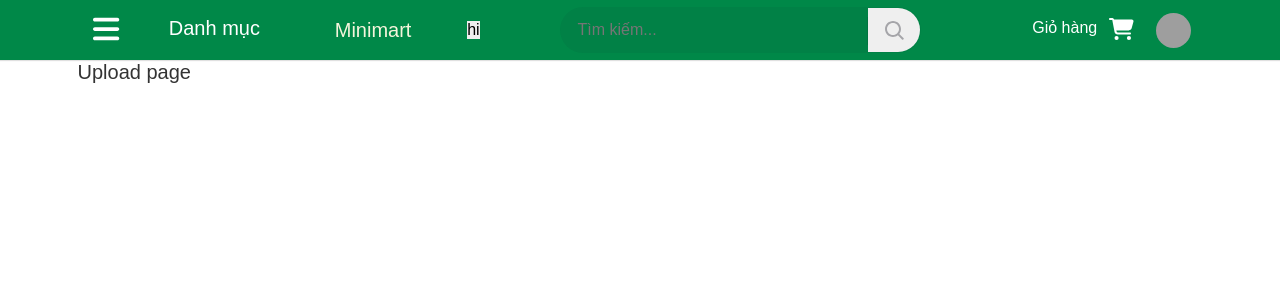
Repository: Duytan05/tiktok-ui
Page: /upload
These files come from the project's save history. The page is drawn as it stood at one moment and after the next save; the edit follows.
The browser window is 1280 px wide. The pictures show the whole page.
Pictures or frames that could not be fetched are drawn as grey boxes. Some web fonts or font styles are not loaded; a fallback is used. The project was rebuilt for these pictures with package versions that can differ from the ones it lists, and the page was loaded fresh each time. Also part of the build but not shown: src/component/Button/Button.module.scss, src/component/Popper/Popper.module.scss, src/component/Popper/Menu/Menu.module.scss, src/component/Popper/Menu/Header.js, src/component/AccountItem/AccountItem.module.scss, src/component/AccountItem/index.js, src/component/Layout/components/Cart/CartItem.js, src/component/Layout/components/Container/Container.module.scss and 16 more.

Above is the page before, as saved 2023-05-23 14:35:29.

After the next save:
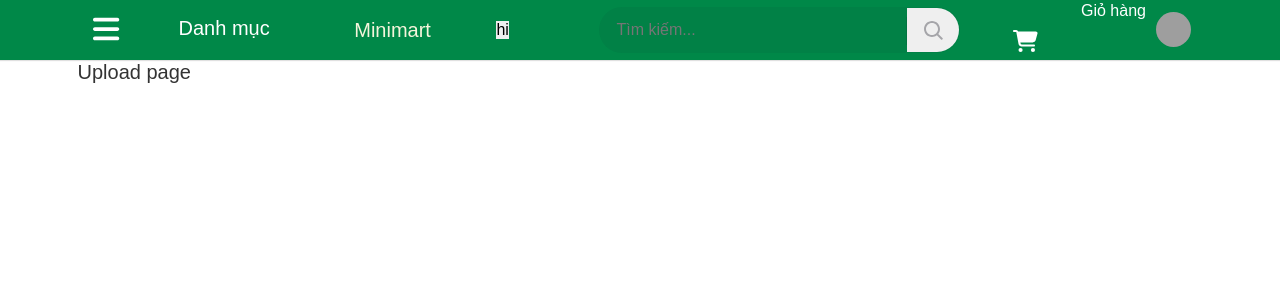
Saved 77 s later.
--- a/src/component/Layout/components/Header/index.js
+++ b/src/component/Layout/components/Header/index.js
@@ -221,13 +221,14 @@ function Header() {
                 <div className={cx('actions')}>
                     {currentUser ? (
                         <>
-                            <h2 className={cx('cart')}> Giỏ hàng</h2>
-                            <Tippy delay={[0, 200]} content="Không có sản phẩm nào ">
-                                <button className={cx('action-btn')}>
-                                    <Link to={'/cart'} />
-                                    <FontAwesomeIcon icon={faCartShopping} />
-                                </button>
-                            </Tippy>
+                            <Link to="/cart">
+                                <h2 className={cx('cart')}> Giỏ hàng</h2>
+                                <Tippy delay={[0, 200]} content="Không có sản phẩm nào ">
+                                    <button className={cx('action-btn')}>
+                                        <FontAwesomeIcon icon={faCartShopping} />
+                                    </button>
+                                </Tippy>
+                            </Link>
                             {/* <Tippy delay={[0, 200]} content="Messenger">
                                 <button className={cx('action-btn')}>
                                     <MessengerIcon />
